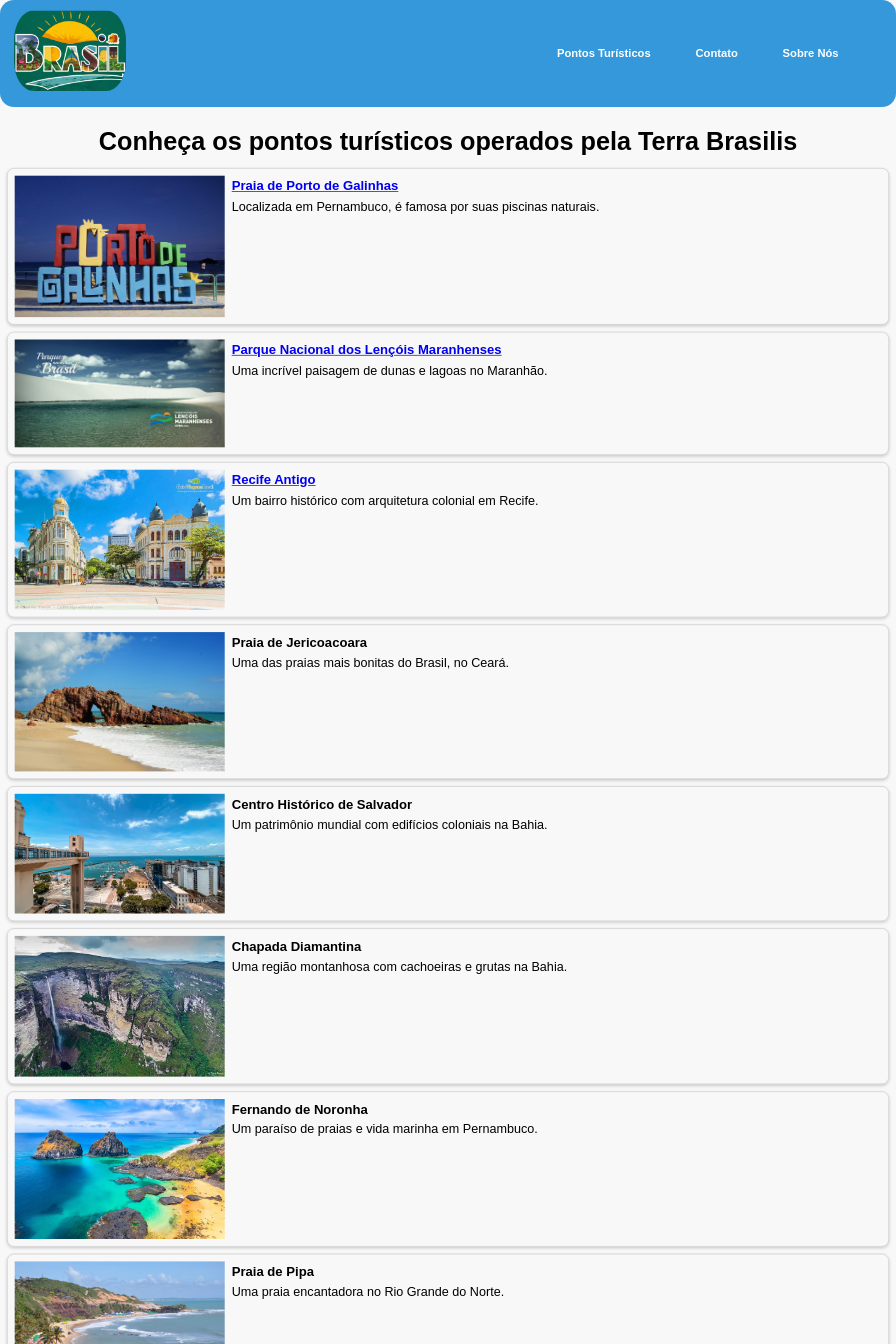
Repository: rodrigototy/ETE-PE
Page: tourism-agency/pages/pontos_turisticos.html
These files come from the project's save history. The page is drawn as it stood at one moment and after the next save; the edit follows.
The browser window is 1280 px wide. The pictures show the part of the page from y = 0 to 1920 px (the page is 2580 px tall before and 3328 px after), at 70% of full size.

Above is the page before, as saved 2024-04-04 22:44:49.

After the next save:
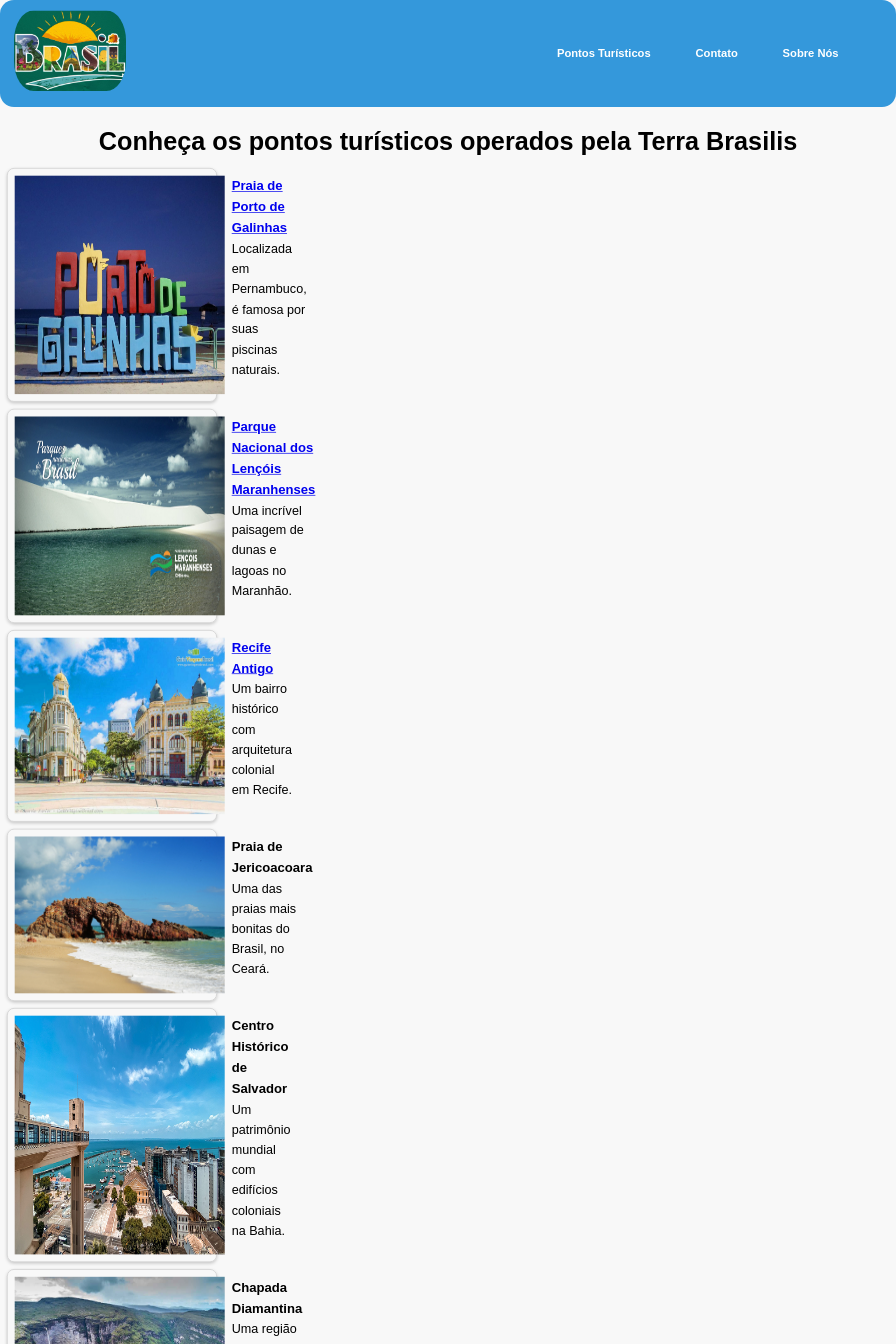
Saved 117 s later.
--- a/tourism-agency/static/css/modules/module-page-cards.css
+++ b/tourism-agency/static/css/modules/module-page-cards.css
@@ -29,6 +29,7 @@
   margin: 10px;
   box-shadow: 0 2px 5px rgba(0, 0, 0, 0.2);
   border-radius: 10px;
+  max-width: 300px;
 }
 
 .card img {

After the 2 saves that followed:
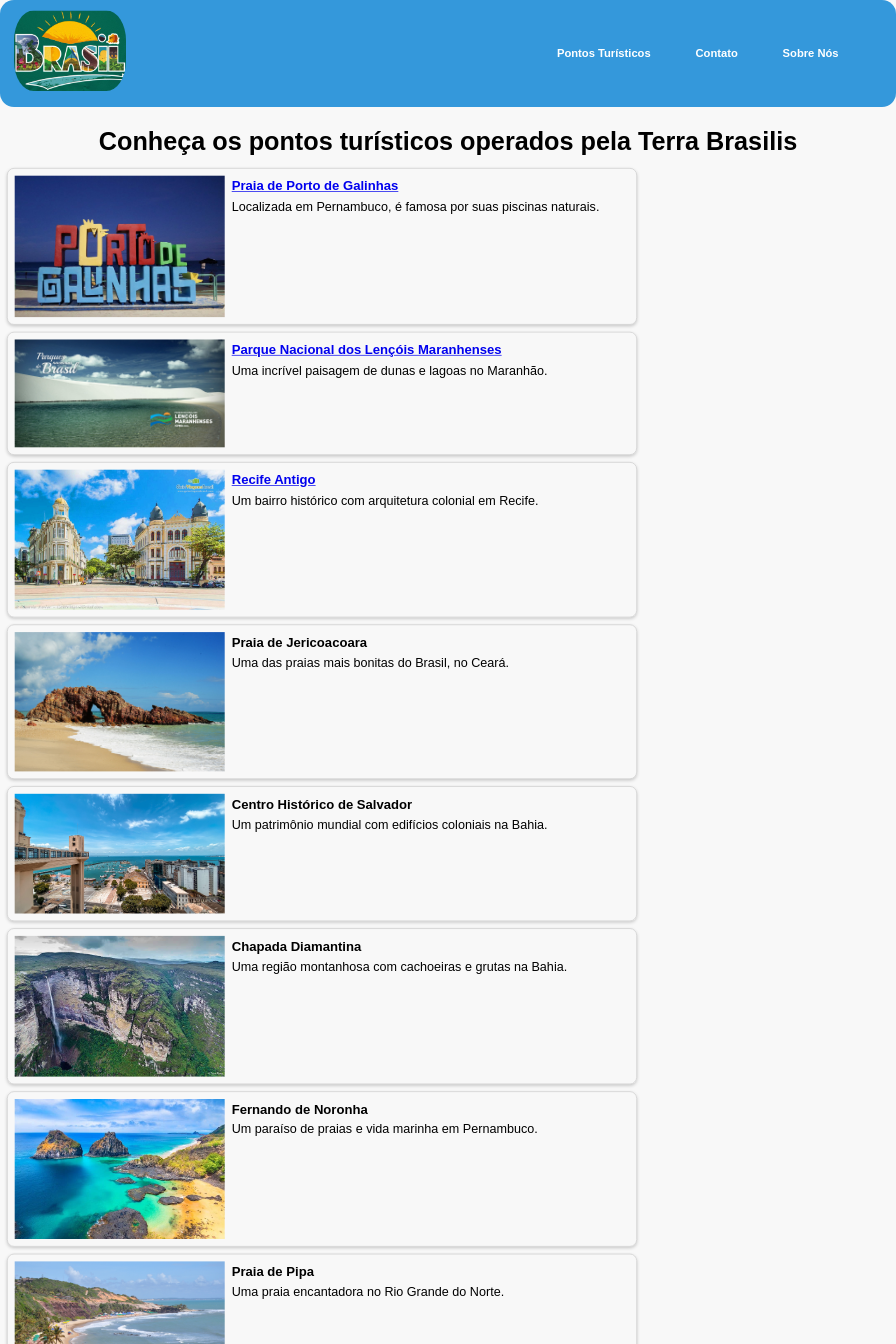
The 2 saves are shown as one change because they came seconds apart.
The last was saved 5 s later.
--- a/tourism-agency/static/css/modules/module-page-cards.css
+++ b/tourism-agency/static/css/modules/module-page-cards.css
@@ -29,7 +29,7 @@
   margin: 10px;
   box-shadow: 0 2px 5px rgba(0, 0, 0, 0.2);
   border-radius: 10px;
-  max-width: 300px;
+  max-width: 900px;
 }
 
 .card img {
